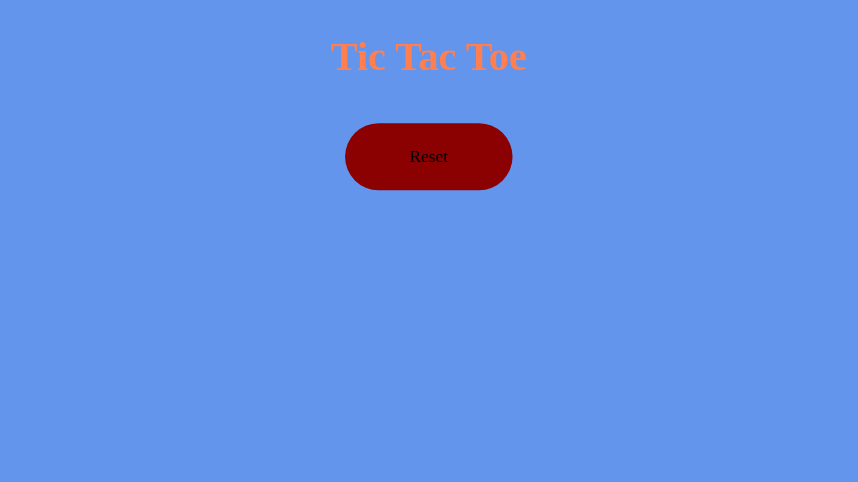
Repository: jontslater/tictaktoe
Page: /
These files come from the project's save history. The page is drawn as it stood at one moment and after the next save; the edit follows.
The browser window is 1280 px wide. The pictures show the whole page, at 67% of full size.
The project was rebuilt for these pictures with package versions that can differ from the ones it lists, and the page was loaded fresh each time. Also part of the build but not shown: src/App.css.

Above is the page before, as saved 2024-06-30 10:23:37.

### src/index.css
body {
  margin: 0;
  font-family: -apple-system, BlinkMacSystemFont, 'Segoe UI', 'Roboto', 'Oxygen',
    'Ubuntu', 'Cantarell', 'Fira Sans', 'Droid Sans', 'Helvetica Neue',
    sans-serif;
  -webkit-font-smoothing: antialiased;
  -moz-osx-font-smoothing: grayscale;
  background-color:cornflowerblue
}

code {
  font-family: source-code-pro, Menlo, Monaco, Consolas, 'Courier New',
    monospace;
}

### src/App.js

import './App.css';
import TicTacToe from './Components/TicTacToe/TicTacToe';

function App() {
  return (
    <div>
     <TicTacToe/>
    </div>
  );
}

export default App;

### src/Components/TicTacToe/TicTacToe.jsx
import React from 'react'
import './TicTacToe.css'
import O from '../Assets/O.jpg'
import x from '../Assets/x.jpg'

const TicTacToe = () => {
  return (
    <div className= 'container'>
     <h1 className='title'>Tic Tac Toe</h1>
     <div className='board'>
      <div className='row1'>
        <div className='boxes'></div>
        <div className='boxes'></div>
        <div className='boxes'></div>
      </div>
      <div className='row2'>
        <div className='boxes'></div>
        <div className='boxes'></div>
        <div className='boxes'></div>
      </div>
      <div className='row3'>
        <div className='boxes'></div>
        <div className='boxes'></div>
        <div className='boxes'></div>
      </div>
     </div>
     <button className='reset'>Reset</button>
    </div>
  )
}

export default TicTacToe

### src/Components/TicTacToe/TicTacToe.css
.container{
  text-align: center;
}

.title{
  margin-top: 50px;
  color: coral;
  font-size: 60px;
  display: flex;
  justify-content: center;
  align-items: center;
  font-family:cursive;
}

.reset{
  width: 250px;
  height: 100px;
  border: none;
  outline: none;
  cursor: pointer;
  border-radius: 50px;
  background-color: darkred;
  font-size: 26px;
  color: black;
  margin-top: 25px;
  margin-bottom: 50px;
  font-family: cursive;
}

Loaded but not shown: public/index.html (common file); src/index.js (common file); src/reportWebVitals.js (common file)

After the next save:
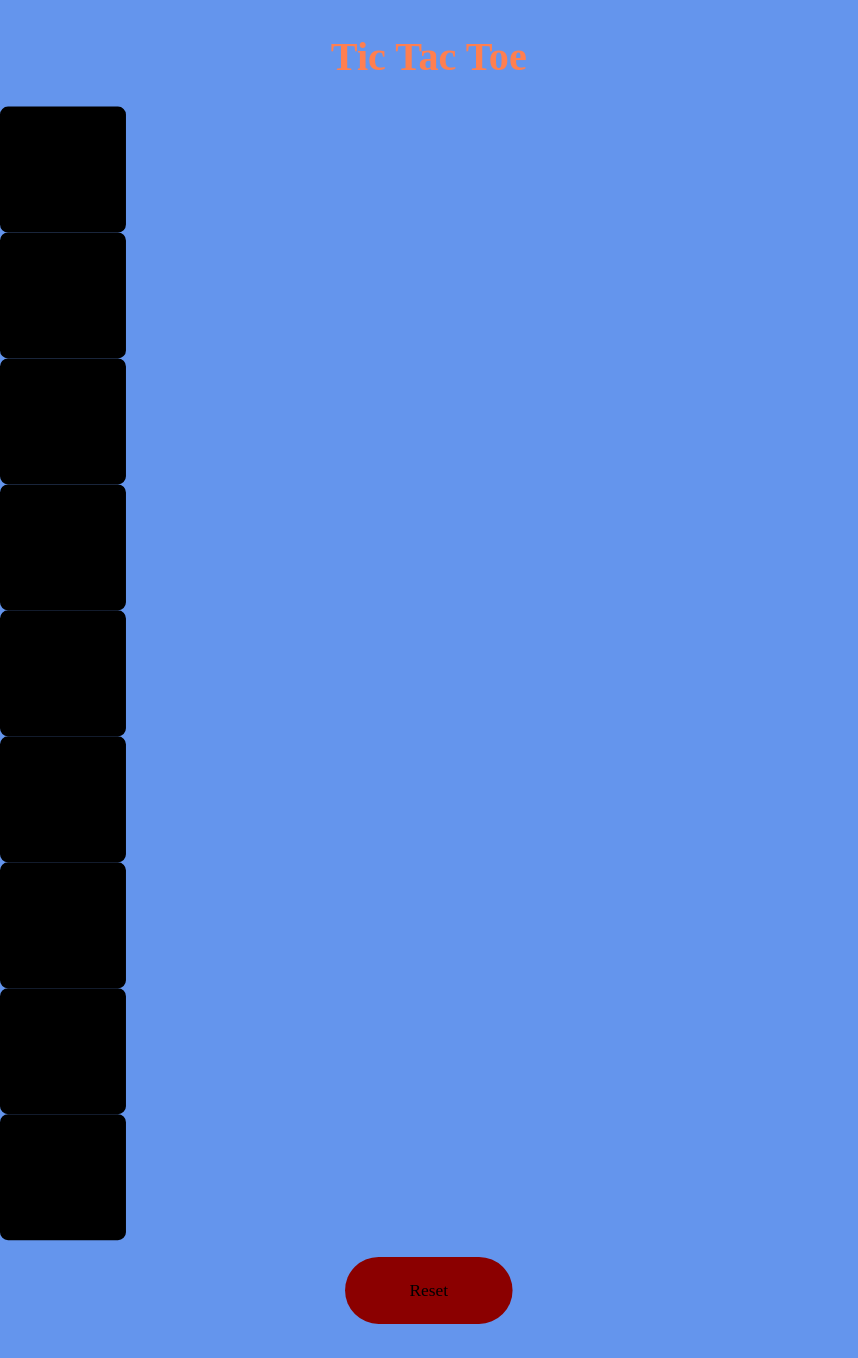
Saved 108 s later.
--- a/src/Components/TicTacToe/TicTacToe.css
+++ b/src/Components/TicTacToe/TicTacToe.css
@@ -26,3 +26,13 @@
   margin-bottom: 50px;
   font-family: cursive;
 }
+
+.boxes{
+  display: flex;
+  height: 180px;
+  width: 180px;
+  background-color:black;
+  border: 4px solid black;
+  border-radius: 12px;
+  cursor: pointer;
+}
